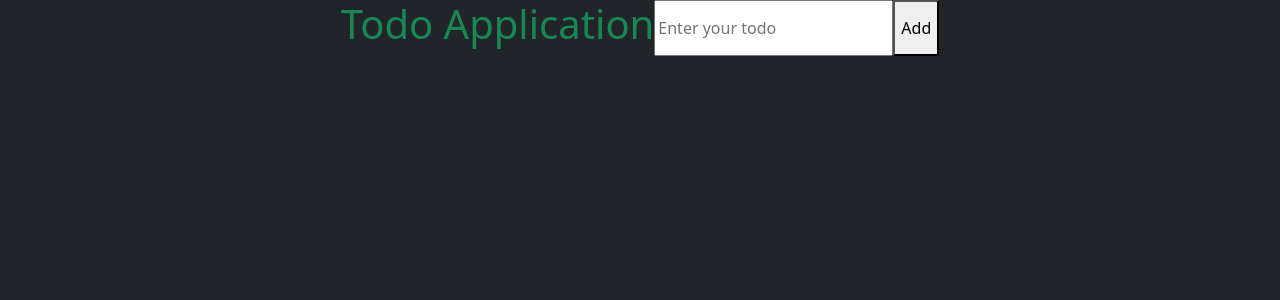
Repository: Alphosmart/param
Page: todo.html
The author's editor kept a copy of each file at every save. The page is drawn from the files as they stood at one save, then again after the next save.
The browser window is 1280 px wide. The pictures show the whole page.

Above is the page before, as saved 2024-07-01 08:36:14.

### todo.html
<!DOCTYPE html>
<html lang="en">
  <head>
    <meta charset="UTF-8" />
    <meta name="viewport" content="width=device-width, initial-scale=1.0" />
    <title>Todo</title>
    <link rel="stylesheet" href="style.css" />
    <link
      href="https://cdn.jsdelivr.net/npm/bootstrap@5.3.3/dist/css/bootstrap.min.css"
      rel="stylesheet"
      integrity="sha384-QWTKZyjpPEjISv5WaRU9OFeRpok6YctnYmDr5pNlyT2bRjXh0JMhjY6hW+ALEwIH"
      crossorigin="anonymous"
    />
  </head>

  <body class="bg-dark text-success">
    <div class="d-flex justify-content-center allign-items-center m-"40">
      <h1>Todo Application</h1>
      <input type="text" placeholder="Enter your todo" id="todo" />
      <button onclick="addTodo()">Add</button>
      <div id="showFace"></div>
    </div>

    <script src="script.js"></script>
  </body>
</html>

### style.css
.btnDelete {
    border: none;
    border-radius: 10%;
    padding: 10px;
    text-align: center;
    background-color: #ff0000;
    color: #fff;
}

### script.js
'use strict';

var allTodos = [];

function addTodo() {
  var inputs = document.getElementById('todo').value;
  if (inputs !== '') {
    allTodos.push(inputs);
    console.log(allTodos);
    document.getElementById('todo').value = '';
    displayTodo();
  } else {
    alert('Please enter something.');
  }
}

function displayTodo() {
  showFace.innerHTML = '';
  for (var i = 0; i < allTodos.length; i++) {
    showFace.innerHTML += `
      <h3>${i + 1}. ${allTodos[i]}</h3>
      <button class='btnDelete' onclick="deleteTodo(${i})">Delete</button>
      <button onclick="editTodo(${i})" style="color: orangered">Edit</button>
    `;
  }
}

function deleteTodo(index) {
  var confirmDelete = confirm('Are you sure you want to delete this item?');
  if (confirmDelete) {
    allTodos.splice(index, 1);
    displayTodo();
  }
}

function editTodo(index) {
  var newTodo = prompt('Edit your todo:', allTodos[index]);
  if (newTodo !== null && newTodo !== '') {
    allTodos[index] = newTodo;
    displayTodo();
  } else if (newTodo === '') {
    alert('The input cannot be empty.');
  }
}

After the next save:
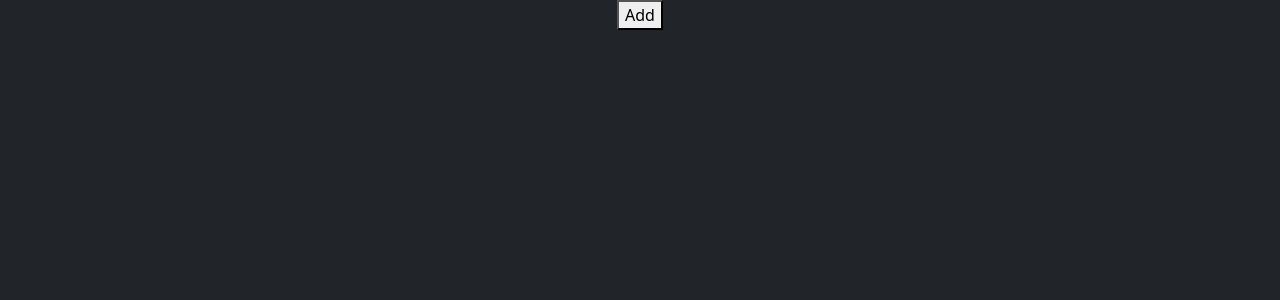
Saved 19 s later.
--- a/todo.html
+++ b/todo.html
@@ -14,7 +14,7 @@
   </head>
 
   <body class="bg-dark text-success">
-    <div class="d-flex justify-content-center allign-items-center m-"40">
+    <div class="d-flex justify-content-center allign-items-center m-40>
       <h1>Todo Application</h1>
       <input type="text" placeholder="Enter your todo" id="todo" />
       <button onclick="addTodo()">Add</button>

After the 2 saves that followed:
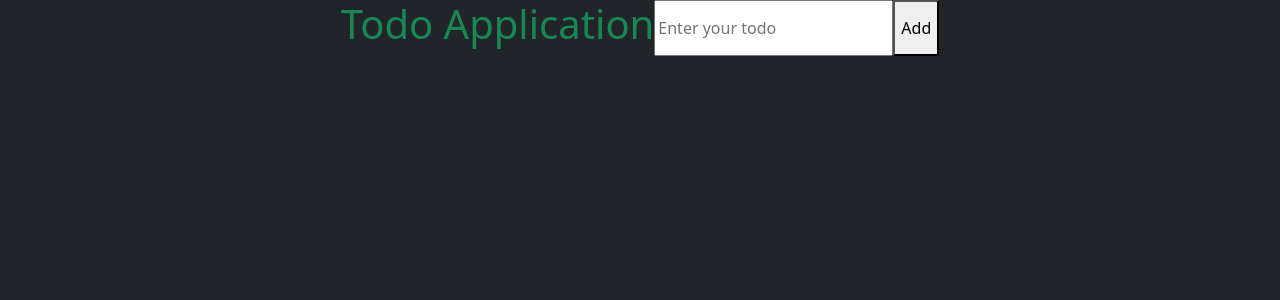
The 2 saves are shown as one change because 1 left the picture as it was.
The last was saved 28 s later.
--- a/todo.html
+++ b/todo.html
@@ -14,7 +14,7 @@
   </head>
 
   <body class="bg-dark text-success">
-    <div class="d-flex justify-content-center allign-items-center m-40>
+    <div class="d-flex justify-content-center allign-items-center mt-40">
       <h1>Todo Application</h1>
       <input type="text" placeholder="Enter your todo" id="todo" />
       <button onclick="addTodo()">Add</button>
